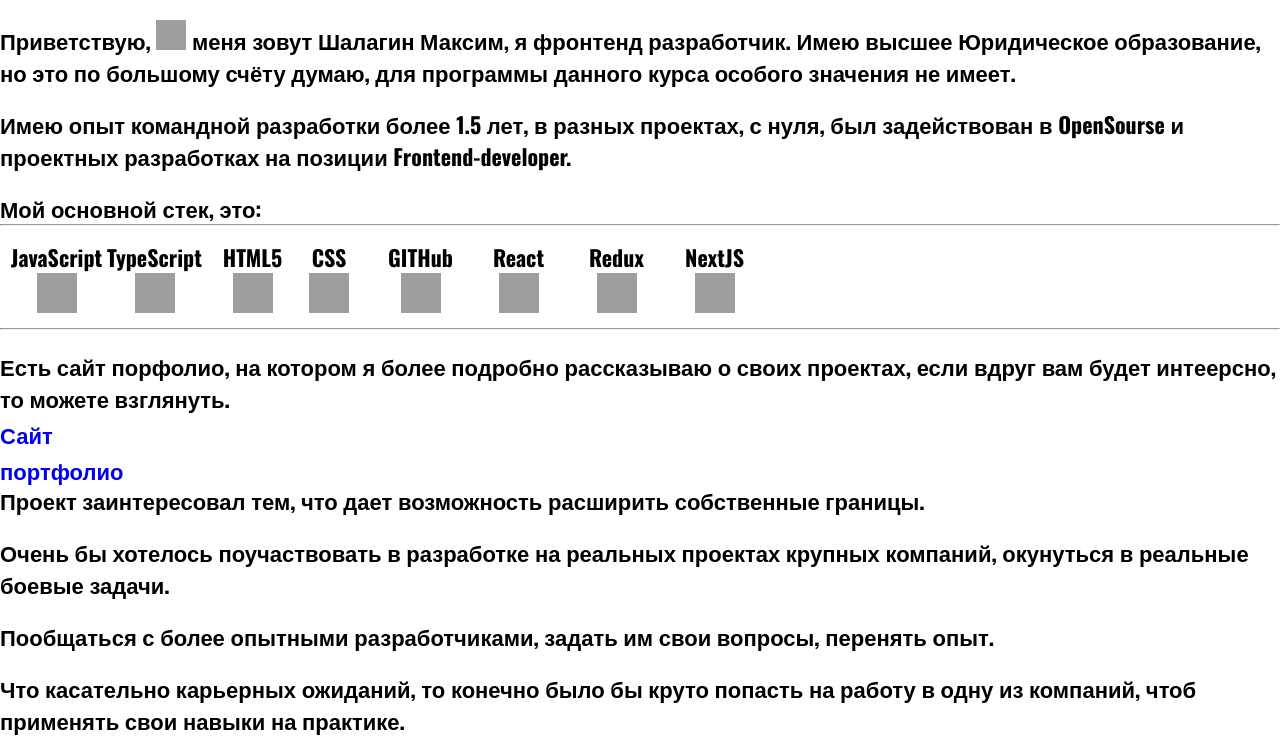
Repository: ni4egonepridumal/letter
Page: index.html
An editor plug-in stored every save of this project. The page is shown before and after the next save, followed by the edit.
The browser window is 1280 px wide. The pictures show the whole page.
Pictures or frames that could not be fetched are drawn as grey boxes.

Above is the page before, as saved 2024-01-18 17:48:25.

After the next save:
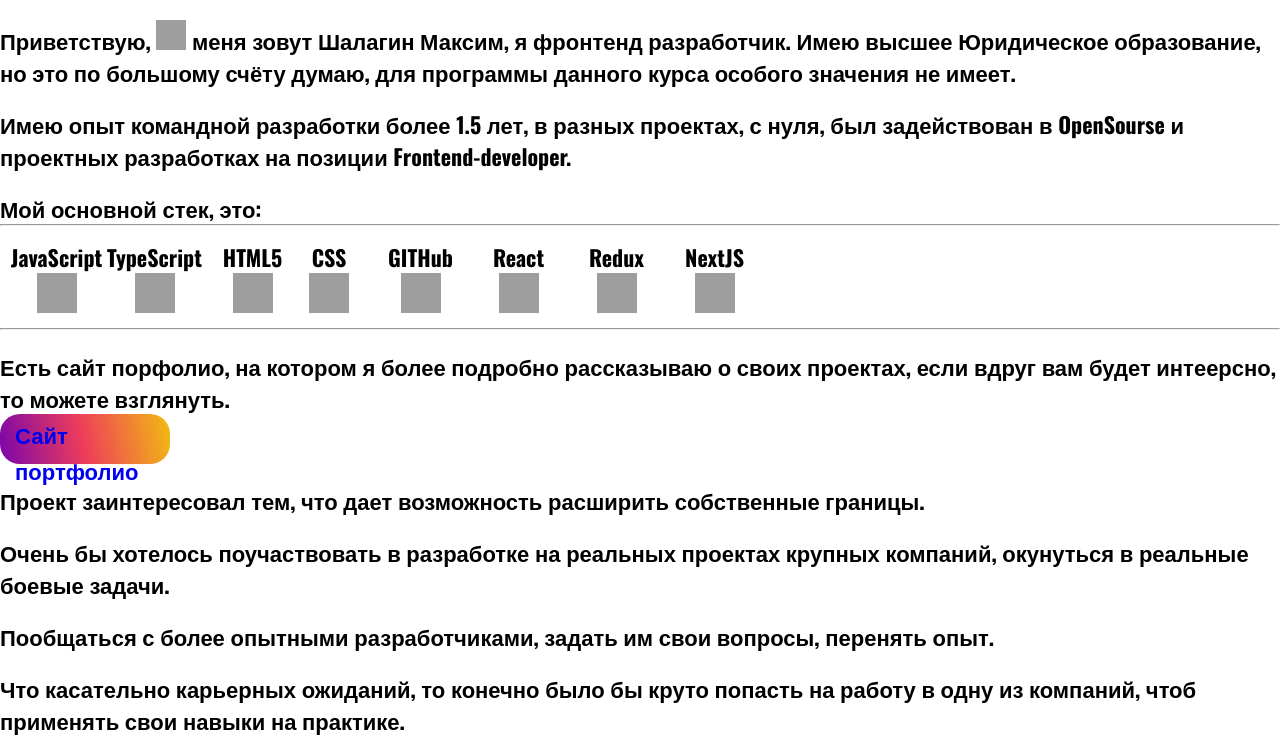
Saved 12 s later.
--- a/style.css
+++ b/style.css
@@ -37,7 +37,8 @@ p {
 .inner_href {
   width: 170px;
   height: 50px;
-  padding: 0 15px
+  padding: 0 15px;
+  border-radius: 20px;
   background: linear-gradient(
     78.55deg,
     #7a05ab 0%,
